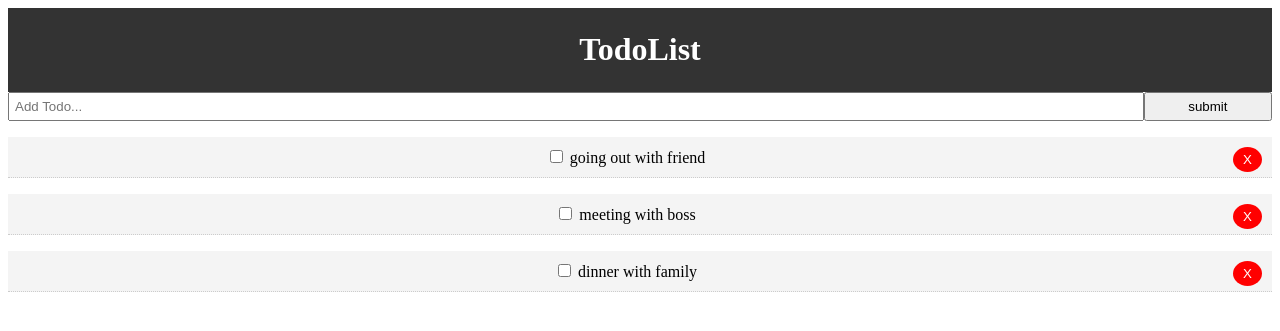
Repository: sumanthr18/TodoList
Page: /
These files come from the project's save history. The page is drawn as it stood at one moment and after the next save; the edit follows.
The browser window is 1280 px wide. The pictures show the whole page.
The project was rebuilt for these pictures with package versions that can differ from the ones it lists, and the page was loaded fresh each time. A package was used in the major version that the imports need, not the one package.json lists. Also part of the build but not shown: src/components/About.js.

Above is the page before, as saved 2020-03-08 19:54:50.

### src/index.js
import React from 'react';
import ReactDOM from 'react-dom';
import App from './App';
import {BrowserRouter} from 'react-router-dom';

ReactDOM.render(<BrowserRouter><App /></BrowserRouter>, document.getElementById('root'));

### src/App.js
import React from 'react';
import Todos from './components/Todos';
import AddTodo from './components/AddTodo';
import Header from './components/Header';
import { v4 as uuidv4 } from 'uuid';
import { Route,Switch } from 'react-router-dom';
import About from './components/About';
import './App.css';

class App extends React.Component {
state={
  todos:[{
      id:uuidv4(),
      title:'going out with friend',
      completed:false
  },
  {
    id:uuidv4(),
    title:'meeting with boss',
    completed:false
  },
  {
    id:uuidv4(),
    title:'dinner with family',
    completed:false
  }
]
}

markComplete=(id)=>{
  this.setState({todos:this.state.todos.map(todo=>{
      if(todo.id===id){
        todo.completed=!todo.completed
      }
      return todo;
  })});
}

//delete Todo
delTodo=(id)=>{
  this.setState({todos: [...this.state.todos.filter(todo =>todo.id!==id)]});
}

//add Todo
addTodo=(title)=>{
  const newTodo={
    id:uuidv4(),
    title,
    completed:false
  }
  this.setState({todos:[...this.state.todos,newTodo]});
}

  render(){
    return (
      <div className="App">
        <div className="container">

          <Route path='/About' component={About} />
          <Header />
          <AddTodo addTodo={this.addTodo}/>
          <Todos todos={this.state.todos} markComplete={this.markComplete} delTodo={this.delTodo} />
        </div>
      </div>
  );
  }
}

export default App;

### src/components/Todos.js
import React from 'react';
import TodoItem from './TodoItem';

class Todos extends React.Component {
render(){
return this.props.todos.map(todo=>
        <TodoItem key={todo.id} todo={todo} markComplete={this.props.markComplete} delTodo={this.props.delTodo} /> );
}
}

export default Todos;

### src/components/AddTodo.js
import React, { Component } from 'react';

export class AddTodo extends Component {
    state={
        title:''
    }

    onChange=(e)=>this.setState({title:e.target.value});

    onSubmit=(e)=>{
        e.preventDefault();
        this.props.addTodo(this.state.title);
        this.setState({title:''});
    };

    render() {
        return (
            <form onSubmit={this.onSubmit} style={{display:'flex'}}>
                <input
                    type="text"
                    name="title"
                    style={{flex:'10',padding:'5px'}}
                    placeholder="Add Todo..."
                    value={this.state.title}
                    onChange={this.onChange}

                />
                <input
                    type="submit"
                    value="submit"
                    className="btn"
                    style={{flex:'1'}}
                />
            </form>
        )
    }
}

export default AddTodo;

### src/components/Header.js
import React from 'react';

function Header(){
    return(
        <header style={headerStyle}>
            <h1>TodoList</h1>
        </header>
    )
}

const headerStyle={
    background:'#333',
    color:'#fff',
    textAlign:'center',
    padding:'2px'

}
export default Header;

### src/components/TodoItem.js
import React, { Component } from 'react';


export class TodoItem extends Component {

    itemStyle=()=>{

        return{

            background:'#f4f4f4',
            padding:'10px',
            borderBottom:'1px #ccc dotted',
            textDecoration:this.props.todo.completed ? 'line-through' : 'none'
        }
    }



    render() {

        const {id,title}=this.props.todo;

        return (
            <div>
                <p style={this.itemStyle()}>
                    <input type='checkbox' onChange={this.props.markComplete.bind(this, id)}/>{' '}
                    {title}
                    <button onClick={this.props.delTodo.bind(this, id)} style={btnStyle}>X</button>
                </p>
            </div>
        )
    }
}

const btnStyle ={
    background:'#ff0000',
    color:'#fff',
    border:'none',
    padding:'5px 10px',
    borderRadius:'50%',
    cursor:'pointer',
    float:'right'
};


export default TodoItem;

Loaded but not shown: public/index.html (common file); src/App.css (common file)

After the next save:
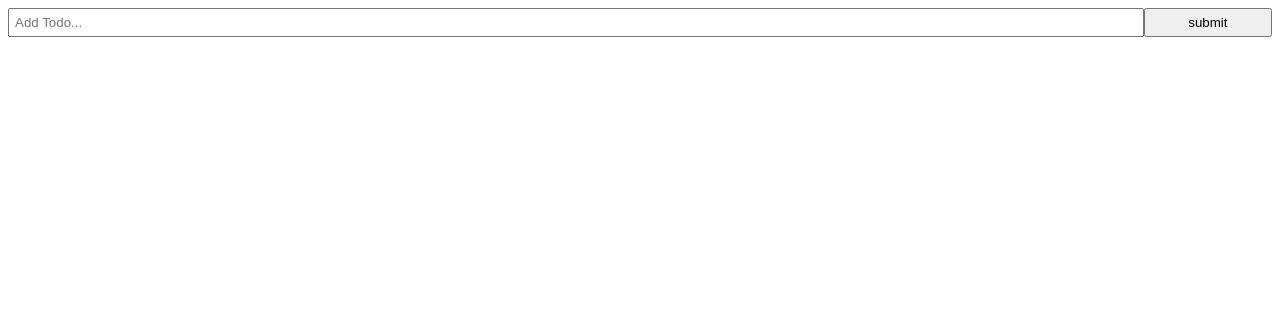
Saved 83 s later.
--- a/src/App.js
+++ b/src/App.js
@@ -55,11 +55,12 @@ addTodo=(title)=>{
     return (
       <div className="App">
         <div className="container">
-
+          <Switch>
           <Route path='/About' component={About} />
-          <Header />
+          <Route path='/Header' component={Header} />
           <AddTodo addTodo={this.addTodo}/>
           <Todos todos={this.state.todos} markComplete={this.markComplete} delTodo={this.delTodo} />
+          </Switch>
         </div>
       </div>
   );
